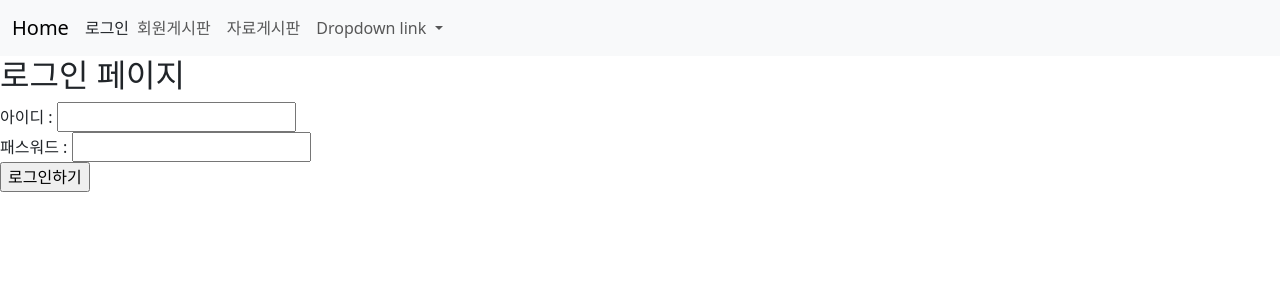
Repository: AHJ2616/Java
Page: http://localhost/board-jsp/06Session/login_form.jsp
The author's editor kept a copy of each file at every save. The page is drawn from the files as they stood at one save, then again after a run of saves.
The browser window is 1280 px wide. The pictures show the whole page.
The page is served by Tomcat 9. Other server files are loaded and not shown.

Above is the page before, as saved 2024-07-26 04:41:05.

### jsp_workspace/board-jsp/src/main/webapp/06Session/login_form.jsp
<%@ page language="java" contentType="text/html; charset=UTF-8"
    pageEncoding="UTF-8"%>
<!DOCTYPE html>
<html>
<head>
<meta charset="UTF-8">
<title>login_form.jsp : 로그인 창</title>
<!-- 성공시 세션에 저장 -->
<jsp:include page="../Common/Link.jsp" />
</head>
<body>

	<h2>로그인 페이지</h2>
	<span style="color: red; font-size: 1.2em;">
	<%= request.getAttribute("LoginErrMsg")==null ? "" : request.getAttribute("LoginErrMsg") %>
	<!-- 조건 ; request 영역에 "loginErrMsg"가 있나 확인 ? true일때 : false일때 -->
	</span><!-- 한줄짜리 글자창 출력 -->
<%
if(session.getAttribute("id")==null){//로그인 상태
	//로그아웃 상태
%>

<script>
function validateForm(form){
	if(!form.id.value){ /* form의 name="id"의 value가 없으면 alert호출 */
		alert("아이디를 입력하세요.")
		return false;
	}
	if(form.pw.value==""){ /* form의 name="pw"의 value가 없으면 alert호출 */
		alert("패스워드를 입력하세요.");
		return false;
	}
}
</script>

<div id="login_menu">
	<form action= "login_process.jsp" method= "post" name= "login_form"
	onsubmit="return validateForm(this);"> <!-- submit에서 action으로 보내기전에 먼저 실행하는 것 (this)안에 form값이 들어간다. -->
	<!-- onsubmit의 값이 true가 나와야만 action으로 form이 보내진다 -->
		아이디 : <input type="text" name="id" /><br>
		패스워드 : <input type="password" name="pw" /><br>
		<input type="submit" value="로그인하기"	/>
	</form>
</div>
<%
} else{
%>
	<%=session.getAttribute("name") %> 회원님, 로그인하셨습니다.
	<button type= "button" onclick= "location.href='logout.jsp'">로그아웃</button>
<%}%>

</body>
</html>

### jsp_workspace/board-jsp/src/main/webapp/Common/Link.jsp
    <%@ page language="java" contentType="text/html; charset=UTF-8"
    pageEncoding="UTF-8"%>
    <meta charset="utf-8">
    <meta name="viewport" content="width=device-width, initial-scale=1">
 <link href="https://cdn.jsdelivr.net/npm/bootstrap@5.3.3/dist/css/bootstrap.min.css" rel="stylesheet" integrity="sha384-QWTKZyjpPEjISv5WaRU9OFeRpok6YctnYmDr5pNlyT2bRjXh0JMhjY6hW+ALEwIH" crossorigin="anonymous">

<nav class="navbar navbar-expand-lg bg-body-tertiary">
  <div class="container-fluid">
    <a class="navbar-brand" href="../08Board/List.jsp">Home</a>
     <% if(session.getAttribute("id")==null){ %>
          <a class="nav-link active" aria-current="page" href="../06Session/login_form.jsp">로그인</a>
          <% }else{//로그인상태면 로그아웃 표시 %>
    		 <a class="nav-link active" aria-current="page" href="../06Session/logout.jsp">로그아웃</a>
    		 <a class="nav-link active" aria-current="page" href="../06Session/member.jsp">회원정보</a>
    	<%} %>
    <button class="navbar-toggler" type="button" data-bs-toggle="collapse" data-bs-target="#navbarNavDropdown" aria-controls="navbarNavDropdown" aria-expanded="false" aria-label="Toggle navigation">
      <span class="navbar-toggler-icon"></span>
    </button>

    <div class="collapse navbar-collapse" id="navbarNavDropdown">
      <ul class="navbar-nav">
        <li class="nav-item">
          <a class="nav-link" href="../12File/file_list.jsp">회원게시판</a>
        </li>
        <li class="nav-item">
          <a class="nav-link" href="../10Mvc/List.jsp">자료게시판</a>
        </li>
        <li class="nav-item dropdown">
          <a class="nav-link dropdown-toggle" href="#" role="button" data-bs-toggle="dropdown" aria-expanded="false">
            Dropdown link
          </a>
          <ul class="dropdown-menu">
            <li><a class="dropdown-item" href="#">Action</a></li>
            <li><a class="dropdown-item" href="#">Another action</a></li>
            <li><a class="dropdown-item" href="#">Something else here</a></li>
          </ul>
        </li>
      </ul>
    </div>
  </div>
</nav>
<script src="https://cdn.jsdelivr.net/npm/bootstrap@5.3.3/dist/js/bootstrap.bundle.min.js" integrity="sha384-YvpcrYf0tY3lHB60NNkmXc5s9fDVZLESaAA55NDzOxhy9GkcIdslK1eN7N6jIeHz" crossorigin="anonymous"></script>

After the next 2 saves:
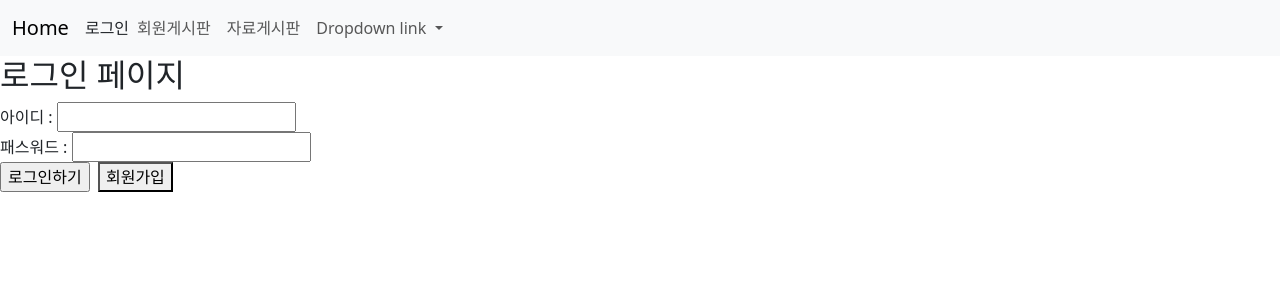
The 2 saves are shown as one change because they came seconds apart.
The last was saved 2 min 23 s later.
--- a/jsp_workspace/board-jsp/src/main/webapp/06Session/login_form.jsp
+++ b/jsp_workspace/board-jsp/src/main/webapp/06Session/login_form.jsp
@@ -39,7 +39,8 @@ function validateForm(form){
 	<!-- onsubmit의 값이 true가 나와야만 action으로 form이 보내진다 -->
 		아이디 : <input type="text" name="id" /><br>
 		패스워드 : <input type="password" name="pw" /><br>
-		<input type="submit" value="로그인하기"	/>
+		<input type="submit" value="로그인하기"	/>&nbsp;
+		<button type= "button" onclick= "location.href='logout.jsp'">회원가입</button>
 	</form>
 </div>
 <%
